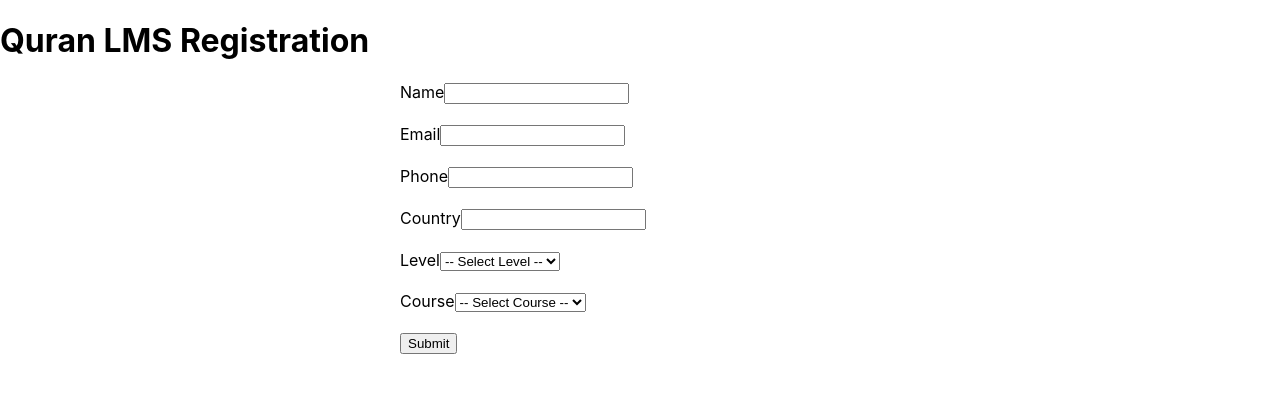
Repository: talha-mahmood/form_react
Page: /
An editor plug-in stored every save of this project. The page is shown before and after the next save, followed by the edit.
The browser window is 1280 px wide. The pictures show the whole page.
The project was rebuilt for these pictures with package versions that can differ from the ones it lists, and the page was loaded fresh each time.

Above is the page before, as saved 2023-03-13 16:14:49.

### public/index.html
<!DOCTYPE html>
<html lang="en">
  <head>
    <meta charset="utf-8" />
    <link rel="icon" href="%PUBLIC_URL%/favicon.ico" />
    <meta name="viewport" content="width=device-width, initial-scale=1" />
    <meta name="theme-color" content="#000000" />
    <meta
      name="description"
      content="Web site created using create-react-app"
    />

    <link rel="apple-touch-icon" href="%PUBLIC_URL%/logo192.png" />
    <!--
      manifest.json provides metadata used when your web app is installed on a
      user's mobile device or desktop. See https://developers.google.com/web/fundamentals/web-app-manifest/
    -->
    <link rel="manifest" href="%PUBLIC_URL%/manifest.json" />
    <!--
      Notice the use of %PUBLIC_URL% in the tags above.
      It will be replaced with the URL of the `public` folder during the build.
      Only files inside the `public` folder can be referenced from the HTML.

      Unlike "/favicon.ico" or "favicon.ico", "%PUBLIC_URL%/favicon.ico" will
      work correctly both with client-side routing and a non-root public URL.
      Learn how to configure a non-root public URL by running `npm run build`.
    -->
    <title>React App</title>
  </head>
  <body>
    <noscript>You need to enable JavaScript to run this app.</noscript>
    <div id="root"></div>

    <!--
      This HTML file is a template.
      If you open it directly in the browser, you will see an empty page.

      You can add webfonts, meta tags, or analytics to this file.
      The build step will place the bundled scripts into the <body> tag.

      To begin the development, run `npm start` or `yarn start`.
      To create a production bundle, use `npm run build` or `yarn build`.
    -->
  </body>
</html>

### src/App.js
import './App.css';
import React, { useState } from 'react';

const App=()=>{
  const [name, setName] = useState('');
  const [email, setEmail] = useState('');
  const [phone, setPhone] = useState('');
  const [country, setCountry] = useState('');
  const [level, setLevel] = useState('');
  const [course, setCourse] = useState('');

  const handleSubmit = (event) => {
    event.preventDefault();
    // TODO: handle form submission
  }

  return (
    <div>
      <h1>Quran LMS Registration</h1>
    <form onSubmit={handleSubmit}>
      <div>
        <label htmlFor="name">Name</label>
        <input
          type="text"
          id="name"
          value={name}
          onChange={(event) => setName(event.target.value)}
          required
        />
      </div>
      <br/>
      <div>
        <label htmlFor="email">Email</label>
        <input
          type="email"
          id="email"
          value={email}
          onChange={(event) => setEmail(event.target.value)}
          required
        />
      </div>
      <br/>
      <div>
        <label htmlFor="phone">Phone</label>
        <input
          type="tel"
          id="phone"
          value={phone}
          onChange={(event) => setPhone(event.target.value)}
          required
        />
      </div>
      <br/>
      <div>
        <label htmlFor="country">Country</label>
        <input
          type="text"
          id="country"
          value={country}
          onChange={(event) => setCountry(event.target.value)}
          required
        />
      </div>
      <br/>
      <div>
        <label htmlFor="level">Level</label>
        <select id="level" value={level} onChange={(event) => setLevel(event.target.value)} required>
          <option value="">-- Select Level --</option>
          <option value="Beginner">Beginner</option>
          <option value="Intermediate">Intermediate</option>
          <option value="Advanced">Advanced</option>
        </select>
      </div>
      <br/>
      <div>
        <label htmlFor="course">Course</label>
        <select id="course" value={course} onChange={(event) => setCourse(event.target.value)} required>
          <option value="">-- Select Course --</option>
          <option value="Quranic Arabic">Quranic Arabic</option>
          <option value="Tafseer">Tafseer</option>
          <option value="Hifz">Hifz</option>
        </select>
      </div>
           <br/>
      <button type="submit">Submit</button>
    </form>
    </div>
  );
}

export default App;

### src/App.css
.App {
  text-align: center;
}

.App-logo {
  height: 40vmin;
  pointer-events: none;
}

@media (prefers-reduced-motion: no-preference) {
  .App-logo {
    animation: App-logo-spin infinite 20s linear;
  }
}

.App-header {
  background-color: #282c34;
  min-height: 100vh;
  display: flex;
  flex-direction: column;
  align-items: center;
  justify-content: center;
  font-size: calc(10px + 2vmin);
  color: white;
}

.App-link {
  color: #61dafb;
}

@keyframes App-logo-spin {
  from {
    transform: rotate(0deg);
  }
  to {
    transform: rotate(360deg);
  }
}

form{

 float: left;
 margin-left: 400px;
 margin-right: 400px;
}

Loaded but not shown: src/index.js (common file); src/index.css (common file); src/reportWebVitals.js (common file)

After the next save:
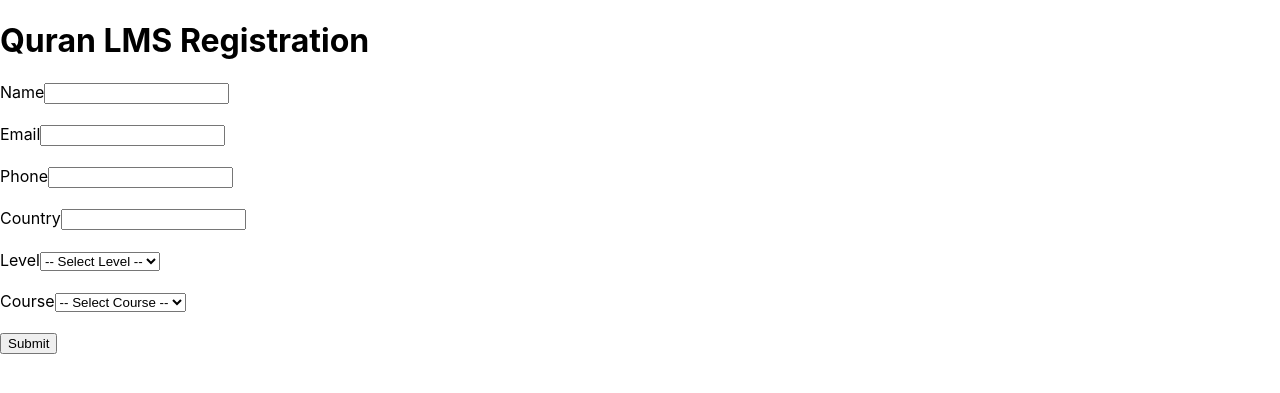
Saved 16 s later.
--- a/src/App.css
+++ b/src/App.css
@@ -39,7 +39,5 @@
 
 form{
 
- float: left;
- margin-left: 400px;
- margin-right: 400px;
+
 }
